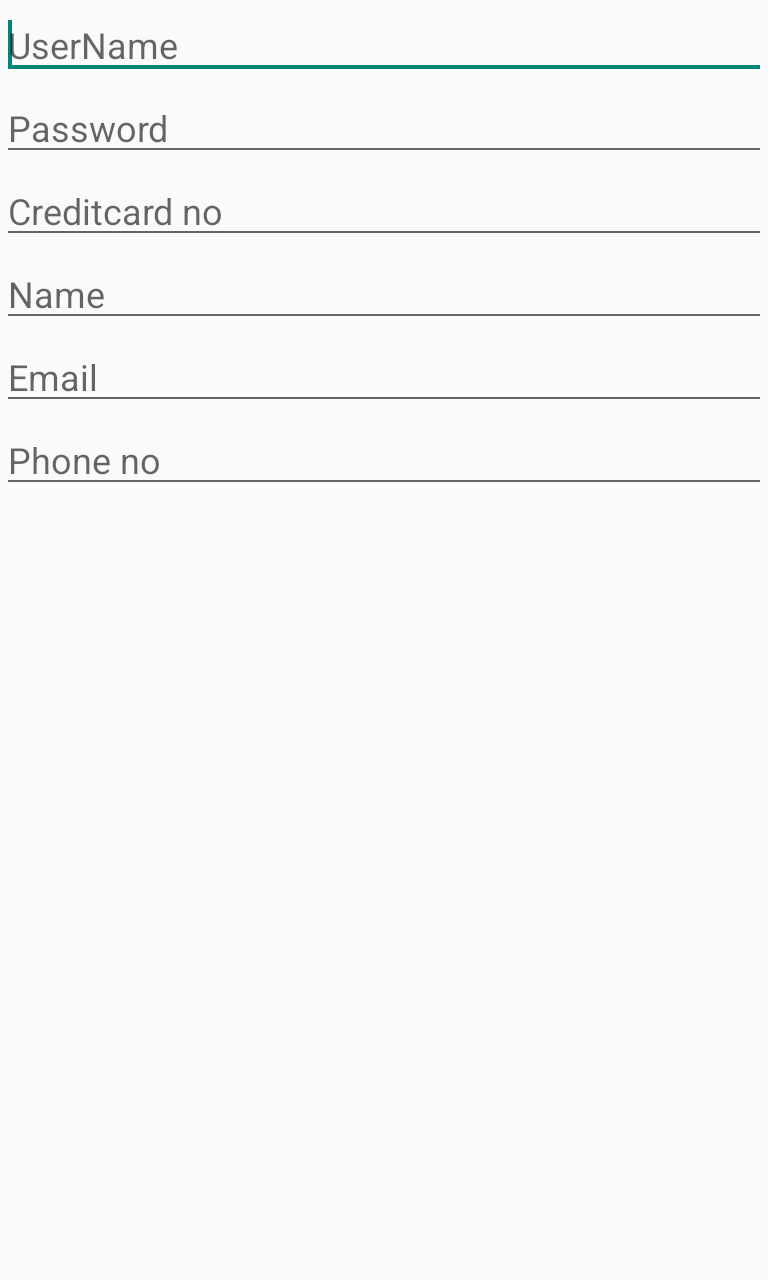
Repository: adarshnair13/message
Layout: sharedpreferenceexample/res/layout/ash2.xml
The author's editor kept a copy of each file at every save. The layout is drawn from the files as they stood at one save, then again after the next save.
It is drawn on a 768 x 1280 px phone screen (xhdpi) without system bars, with theme AppTheme; the app's code is not run.

Above is the layout before, as saved 2015-04-21 05:55:17.

### sharedpreferenceexample/res/layout/ash2.xml
<?xml version="1.0" encoding="utf-8"?>
<LinearLayout xmlns:android="http://schemas.android.com/apk/res/android"
    android:layout_width="match_parent"
    android:layout_height="match_parent"
    android:orientation="vertical" >

    <EditText
        android:id="@+id/editText1"
        android:layout_width="match_parent"
        android:layout_height="wrap_content"
        android:ems="10"
        android:hint="UserName" >

        <requestFocus />
    </EditText>

    <EditText
        android:id="@+id/editText2"
        android:layout_width="match_parent"
        android:layout_height="wrap_content"
        android:ems="10"
        android:hint="Password" />

    <EditText
        android:id="@+id/editText3"
        android:layout_width="match_parent"
        android:layout_height="wrap_content"
        android:ems="10"
        android:hint="Creditcard no" />

    <EditText
        android:id="@+id/editText4"
        android:layout_width="match_parent"
        android:layout_height="wrap_content"
        android:ems="10"
        android:hint="Name" />

    <EditText
        android:id="@+id/editText5"
        android:layout_width="match_parent"
        android:layout_height="wrap_content"
        android:ems="10"
        android:hint="Email" />

    <EditText
        android:id="@+id/editText6"
        android:layout_width="match_parent"
        android:layout_height="wrap_content"
        android:ems="10"
        android:hint="Phone no" />

</LinearLayout>

Loaded but not shown: sharedpreferenceexample/res/values/styles.xml (common file); sharedpreferenceexample/res/values-v11/styles.xml (common file); sharedpreferenceexample/res/values-v14/styles.xml (common file)

After the next save:
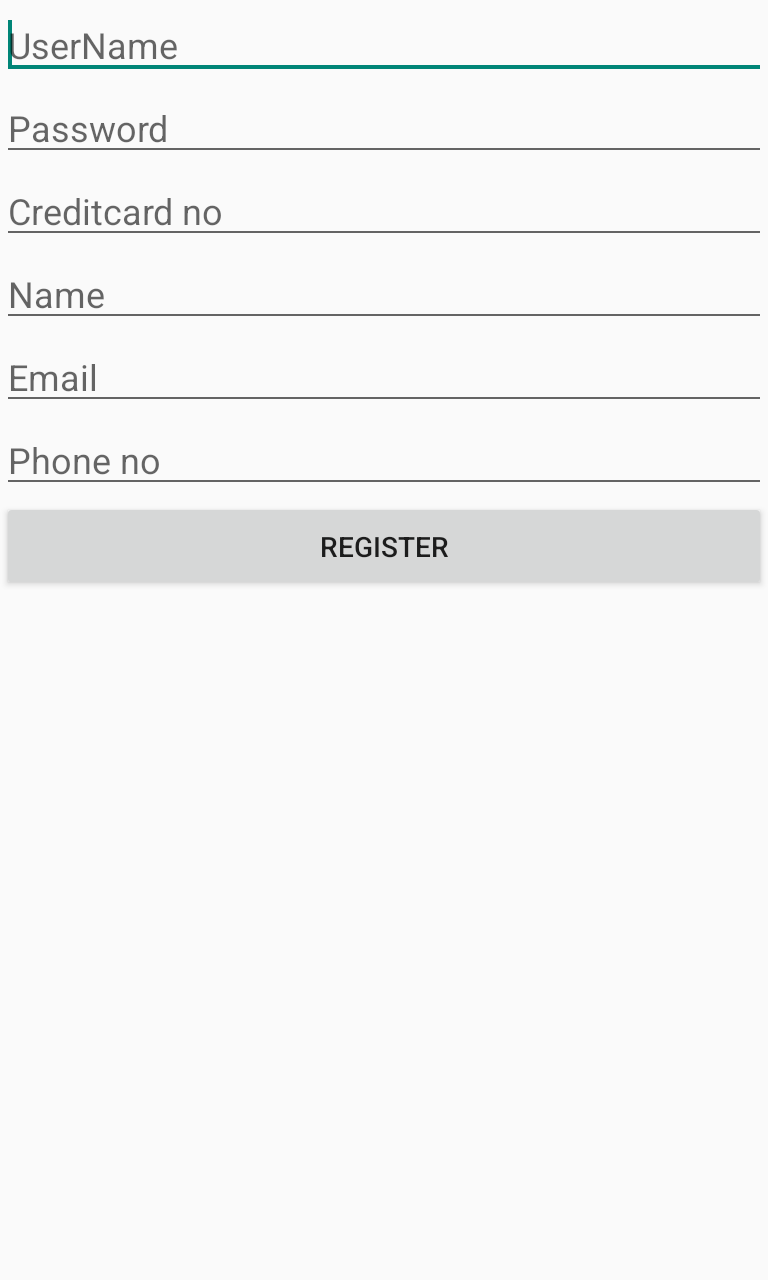
Saved 32 s later.
--- a/sharedpreferenceexample/res/layout/ash2.xml
+++ b/sharedpreferenceexample/res/layout/ash2.xml
@@ -49,4 +49,11 @@
         android:ems="10"
         android:hint="Phone no" />
 
+    <Button
+        android:id="@+id/button1"
+        style="?android:attr/buttonStyleSmall"
+        android:layout_width="match_parent"
+        android:layout_height="wrap_content"
+        android:text="Register" />
+
 </LinearLayout>
